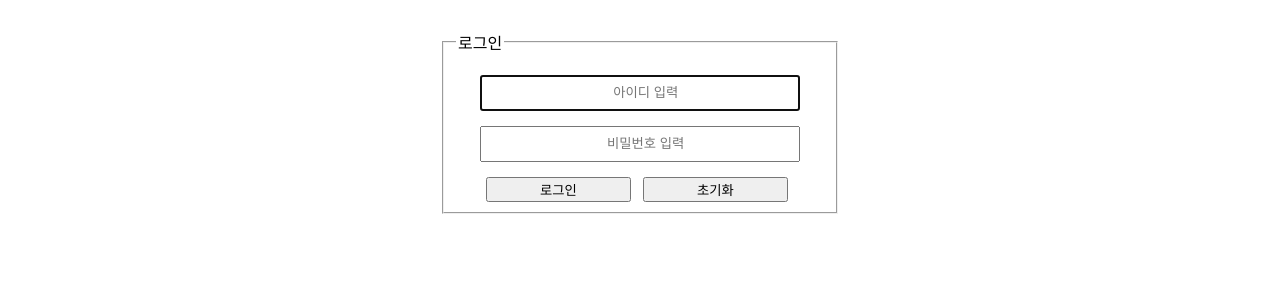
Repository: HyoJun-A/jsp
Page: http://localhost/practice01/login.jsp
The author's editor kept a copy of each file at every save. The page is drawn from the files as they stood at one save, then again after the next save.
The browser window is 1280 px wide. The pictures show the whole page.
The page is served by Tomcat 9.

Above is the page before, as saved 2022-10-14 06:08:31.

### practice01/WebContent/login.jsp
<%@ page language="java" contentType="text/html; charset=UTF-8"
    pageEncoding="UTF-8"%>
<!DOCTYPE html>
<html>
<head>
<meta charset="UTF-8">
<title>로그인</title>
<style>
#login_form{ width: 400px; height: 300px; margin: 30px auto;}
.login_dis{ display: block;width: 300px; height: 30px; margin: 15px auto;  clear:both;  text-align: center; padding-left: 1em;}
.login_btn{ display: inline-block; width: 145px; line-height:24px }
[type="submit"].login_btn { margin-left: 30px;}

</style>
</head>
<body>

	<form action="loginPro.jsp" method="post" name="login_form" id="login_form">
		<fieldset>
			<legend>로그인</legend>
			<input type="text" name="id" id="id" placeholder="아이디 입력" class="login_dis" autofocus>
			<input type="password" name="pw" id="pw" placeholder="비밀번호 입력" class="login_dis">
			<input type="submit" value="로그인" class="login_btn"> &nbsp;
			<input type="reset" value="초기화" class="login_btn">
		</fieldset>
	</form>
</body>
</html>

After the next save:
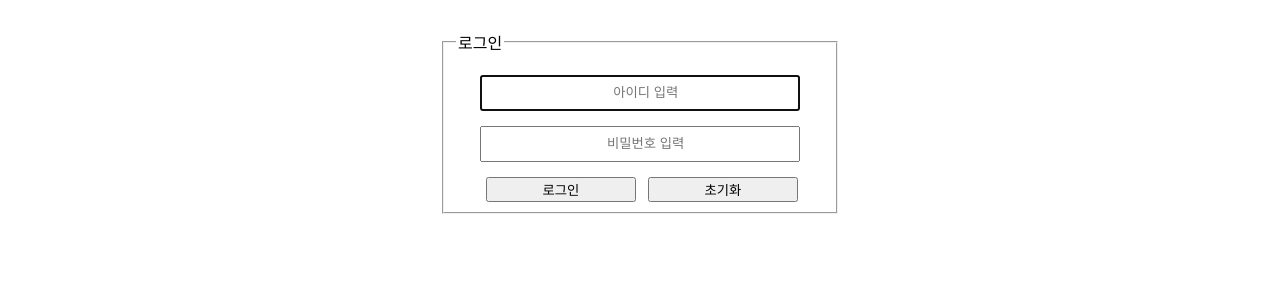
Saved 8 s later.
--- a/practice01/WebContent/login.jsp
+++ b/practice01/WebContent/login.jsp
@@ -8,7 +8,7 @@
 <style>
 #login_form{ width: 400px; height: 300px; margin: 30px auto;}
 .login_dis{ display: block;width: 300px; height: 30px; margin: 15px auto;  clear:both;  text-align: center; padding-left: 1em;}
-.login_btn{ display: inline-block; width: 145px; line-height:24px }
+.login_btn{ display: inline-block; width: 150px; line-height:24px }
 [type="submit"].login_btn { margin-left: 30px;}
 
 </style>
